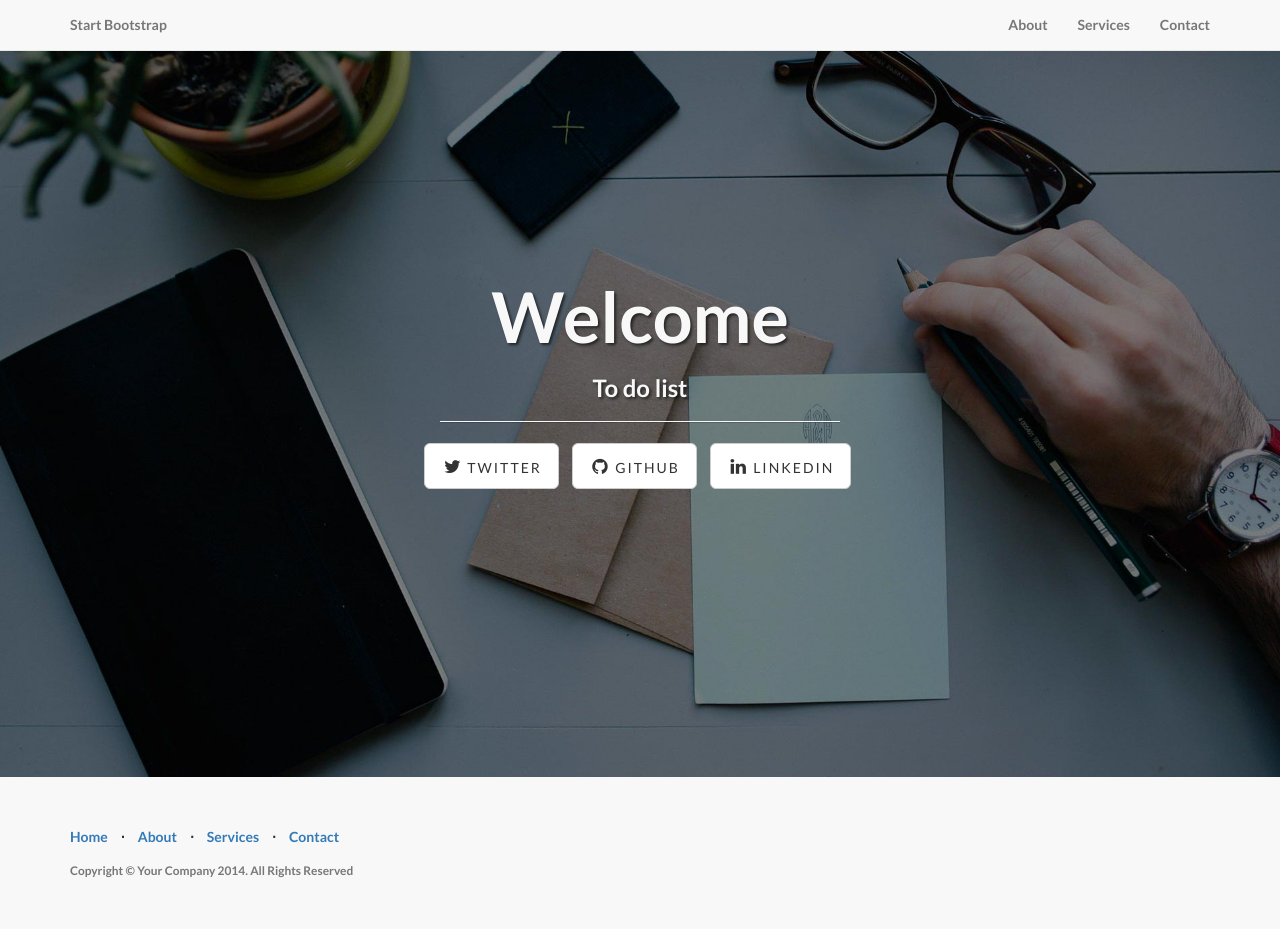
Repository: moshe31sh/Java_ee_final_project_todo_list
Page: Toto_list_final_project/WebContent/welcome.html
The author's editor kept a copy of each file at every save. The page is drawn from the files as they stood at one save, then again after the next save.
The browser window is 1280 px wide. The pictures show the whole page.

Above is the page before, as saved 2016-01-24 16:28:52.

### Toto_list_final_project/WebContent/welcome.html
<!DOCTYPE html>
<html lang="en">

<head>

    <meta charset="utf-8">
    <meta http-equiv="X-UA-Compatible" content="IE=edge">
    <meta name="viewport" content="width=device-width, initial-scale=1">
    <meta name="description" content="">
    <meta name="author" content="">

    <title>Landing Page - Start Bootstrap Theme</title>

    <!-- Bootstrap Core CSS -->
    <link href="CSS/welcome.bootstrap.min.css" rel="stylesheet">

    <!-- Custom CSS -->
    <link href="CSS/landing-page.css" rel="stylesheet">

    <!-- Custom Fonts -->
    <link href="font-awesome/css/font-awesome.min.css" rel="stylesheet" type="text/css">
    <link href="http://fonts.googleapis.com/css?family=Lato:300,400,700,300italic,400italic,700italic" rel="stylesheet" type="text/css">

    <!-- HTML5 Shim and Respond.js IE8 support of HTML5 elements and media queries -->
    <!-- WARNING: Respond.js doesn't work if you view the page via file:// -->
    <!--[if lt IE 9]>
        <script src="https://oss.maxcdn.com/libs/html5shiv/3.7.0/html5shiv.js"></script>
        <script src="https://oss.maxcdn.com/libs/respond.js/1.4.2/respond.min.js"></script>
    <![endif]-->

</head>

<body>

    <!-- Navigation -->
    <nav class="navbar navbar-default navbar-fixed-top topnav" role="navigation">
        <div class="container topnav">
            <!-- Brand and toggle get grouped for better mobile display -->
            <div class="navbar-header">
                <button type="button" class="navbar-toggle" data-toggle="collapse" data-target="#bs-example-navbar-collapse-1">
                    <span class="sr-only">Toggle navigation</span>
                    <span class="icon-bar"></span>
                    <span class="icon-bar"></span>
                    <span class="icon-bar"></span>
                </button>
                <a class="navbar-brand topnav" href="#">Start Bootstrap</a>
            </div>
            <!-- Collect the nav links, forms, and other content for toggling -->
            <div class="collapse navbar-collapse" id="bs-example-navbar-collapse-1">
                <ul class="nav navbar-nav navbar-right">
                    <li>
                        <a href="#about">About</a>
                    </li>
                    <li>
                        <a href="#services">Services</a>
                    </li>
                    <li>
                        <a href="#contact">Contact</a>
                    </li>
                </ul>
            </div>
            <!-- /.navbar-collapse -->
        </div>
        <!-- /.container -->
    </nav>


    <!-- Header -->
    <a name="about"></a>
    <div class="intro-header">
        <div class="container">

            <div class="row">
                <div class="col-lg-12">
                    <div class="intro-message">
                        <h1>Welcome</h1>
                        <h3>To do list</h3>
                        <hr class="intro-divider">
                        <ul class="list-inline intro-social-buttons">
                            <li>
                                <a href="https://twitter.com/SBootstrap" class="btn btn-default btn-lg"><i class="fa fa-twitter fa-fw"></i> <span class="network-name">Twitter</span></a>
                            </li>
                            <li>
                                <a href="https://github.com/IronSummitMedia/startbootstrap" class="btn btn-default btn-lg"><i class="fa fa-github fa-fw"></i> <span class="network-name">Github</span></a>
                            </li>
                            <li>
                                <a href="#" class="btn btn-default btn-lg"><i class="fa fa-linkedin fa-fw"></i> <span class="network-name">Linkedin</span></a>
                            </li>
                        </ul>
                    </div>
                </div>
            </div>

        </div>
        <!-- /.container -->

    </div>
    <!-- /.intro-header -->

    <!-- Page Content -->


    <!-- Footer -->
    <footer>
        <div class="container">
            <div class="row">
                <div class="col-lg-12">
                    <ul class="list-inline">
                        <li>
                            <a href="#">Home</a>
                        </li>
                        <li class="footer-menu-divider">&sdot;</li>
                        <li>
                            <a href="#about">About</a>
                        </li>
                        <li class="footer-menu-divider">&sdot;</li>
                        <li>
                            <a href="#services">Services</a>
                        </li>
                        <li class="footer-menu-divider">&sdot;</li>
                        <li>
                            <a href="#contact">Contact</a>
                        </li>
                    </ul>
                    <p class="copyright text-muted small">Copyright &copy; Your Company 2014. All Rights Reserved</p>
                </div>
            </div>
        </div>
    </footer>

    <!-- jQuery -->
    <script src="JS/welcome.jquery.js"></script>

    <!-- Bootstrap Core JavaScript -->
    <script src="JS/welcome.bootstrap.min.js"></script>

</body>

</html>

### Toto_list_final_project/WebContent/CSS/landing-page.css
/*!
 * Start Bootstrap - Landing Page Bootstrap Theme (http://startbootstrap.com)
 * Code licensed under the Apache License v2.0.
 * For details, see http://www.apache.org/licenses/LICENSE-2.0.
 */

body,
html {
    width: 100%;
    height: 100%;
}

body,
h1,
h2,
h3,
h4,
h5,
h6 {
    font-family: "Lato","Helvetica Neue",Helvetica,Arial,sans-serif;
    font-weight: 700;
}

.topnav {
    font-size: 14px;
}

.lead {
    font-size: 18px;
    font-weight: 400;
}

.intro-header {
    padding-top: 50px; /* If you're making other pages, make sure there is 50px of padding to make sure the navbar doesn't overlap content! */
    padding-bottom: 50px;
    text-align: center;
    color: #f8f8f8;
    background: url(../IMAGES/intro-bg.jpg) no-repeat center center;
    background-size: cover;
}

.intro-message {
    position: relative;
    padding-top: 20%;
    padding-bottom: 20%;
}

.intro-message > h1 {
    margin: 0;
    text-shadow: 2px 2px 3px rgba(0,0,0,0.6);
    font-size: 5em;
}

.intro-divider {
    width: 400px;
    border-top: 1px solid #f8f8f8;
    border-bottom: 1px solid rgba(0,0,0,0.2);
}

.intro-message > h3 {
    text-shadow: 2px 2px 3px rgba(0,0,0,0.6);
}

@media(max-width:767px) {
    .intro-message {
        padding-bottom: 15%;
    }

    .intro-message > h1 {
        font-size: 3em;
    }

    ul.intro-social-buttons > li {
        display: block;
        margin-bottom: 20px;
        padding: 0;
    }

    ul.intro-social-buttons > li:last-child {
        margin-bottom: 0;
    }

    .intro-divider {
        width: 100%;
    }
}

.network-name {
    text-transform: uppercase;
    font-size: 14px;
    font-weight: 400;
    letter-spacing: 2px;
}

.content-section-a {
    padding: 50px 0;
    background-color: #f8f8f8;
}

.content-section-b {
    padding: 50px 0;
    border-top: 1px solid #e7e7e7;
    border-bottom: 1px solid #e7e7e7;
}

.section-heading {
    margin-bottom: 30px;
}

.section-heading-spacer {
    float: left;
    width: 200px;
    border-top: 3px solid #e7e7e7;
}

.banner {
    padding: 100px 0;
    color: #f8f8f8;
    background: url(../img/banner-bg.jpg) no-repeat center center;
    background-size: cover;
}

.banner h2 {
    margin: 0;
    text-shadow: 2px 2px 3px rgba(0,0,0,0.6);
    font-size: 3em;
}

.banner ul {
    margin-bottom: 0;
}

.banner-social-buttons {
    float: right;
    margin-top: 0;
}

@media(max-width:1199px) {
    ul.banner-social-buttons {
        float: left;
        margin-top: 15px;
    }
}

@media(max-width:767px) {
    .banner h2 {
        margin: 0;
        text-shadow: 2px 2px 3px rgba(0,0,0,0.6);
        font-size: 3em;
    }

    ul.banner-social-buttons > li {
        display: block;
        margin-bottom: 20px;
        padding: 0;
    }

    ul.banner-social-buttons > li:last-child {
        margin-bottom: 0;
    }
}

footer {
    padding: 50px 0;
    background-color: #f8f8f8;
}

p.copyright {
    margin: 15px 0 0;
}

Loaded but not shown: Toto_list_final_project/WebContent/CSS/welcome.bootstrap.min.css (library); Toto_list_final_project/WebContent/font-awesome/css/font-awesome.min.css (library); Toto_list_final_project/WebContent/JS/welcome.jquery.js (library); Toto_list_final_project/WebContent/JS/welcome.bootstrap.min.js (library)

After the next save:
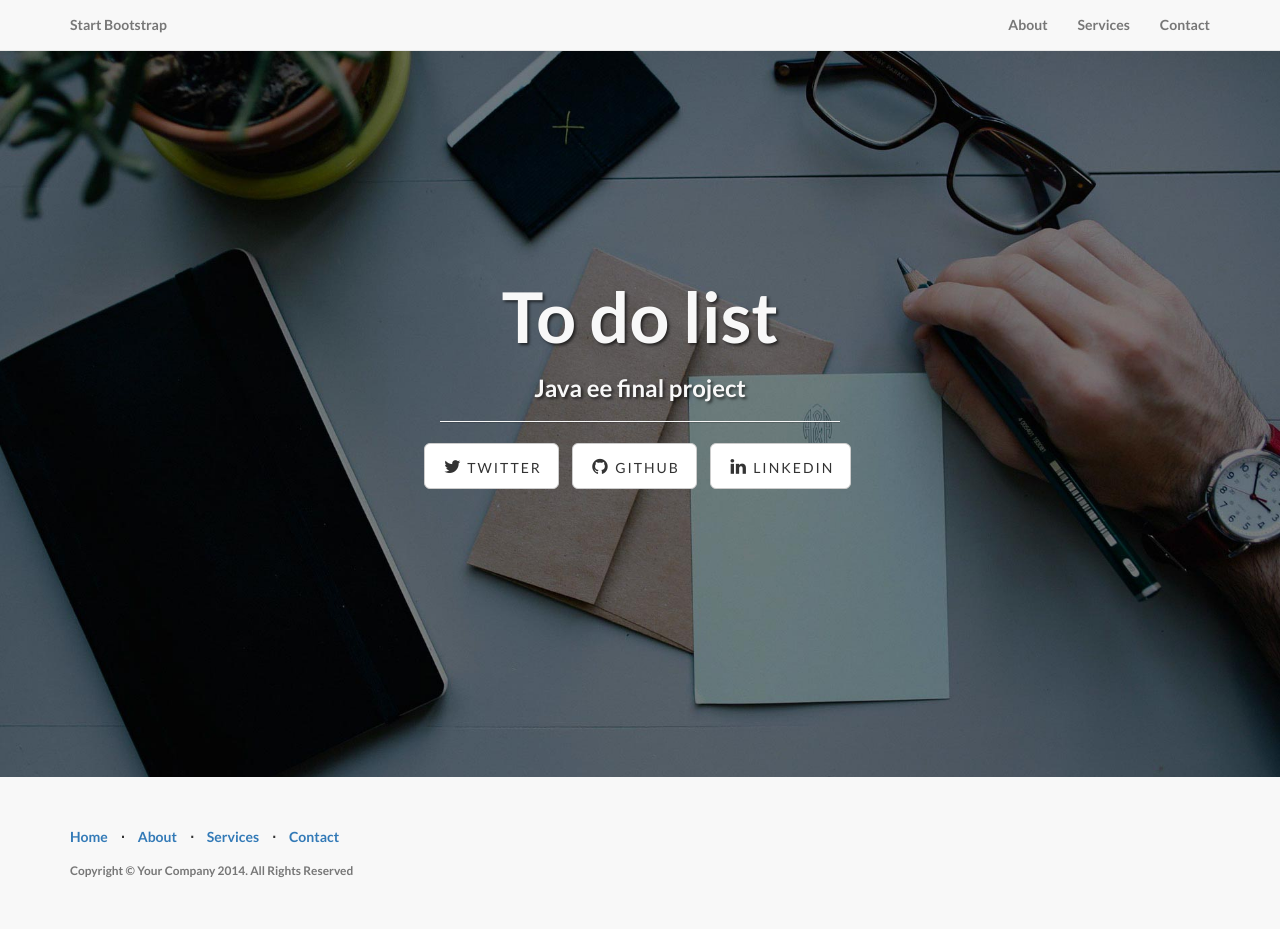
Saved 38 s later.
--- a/Toto_list_final_project/WebContent/welcome.html
+++ b/Toto_list_final_project/WebContent/welcome.html
@@ -73,8 +73,8 @@
             <div class="row">
                 <div class="col-lg-12">
                     <div class="intro-message">
-                        <h1>Welcome</h1>
-                        <h3>To do list</h3>
+                        <h1>To do list</h1>
+                        <h3>Java ee final project</h3>
                         <hr class="intro-divider">
                         <ul class="list-inline intro-social-buttons">
                             <li>
